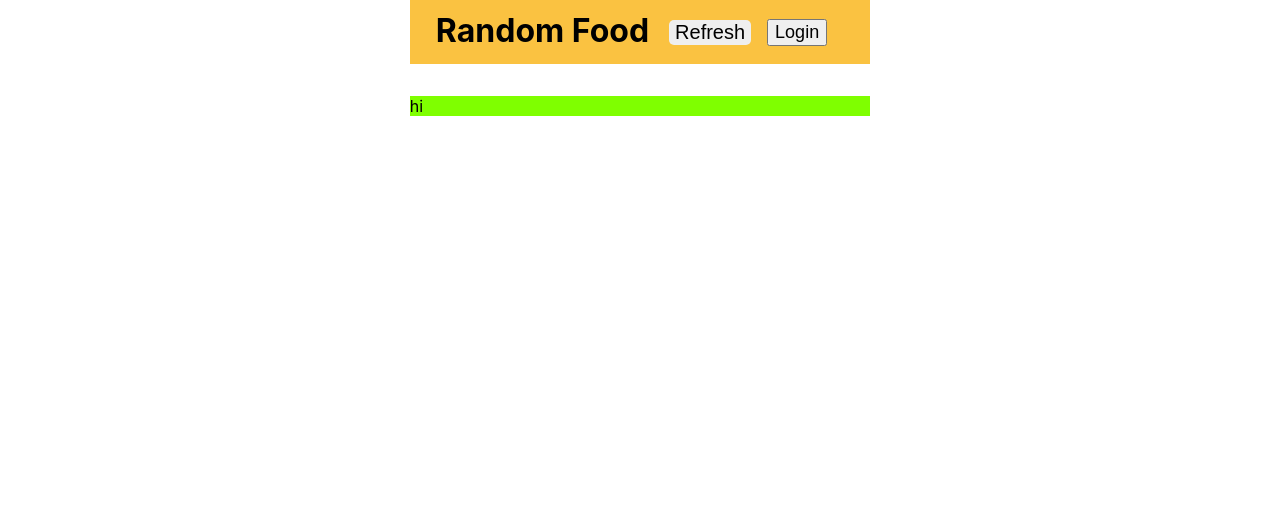
Repository: limjoohyun2030/random-food
Page: /random-food/home
The author's editor kept a copy of each file at every save. The page is drawn from the files as they stood at one save, then again after a run of saves.
The browser window is 1280 px wide. The pictures show the whole page.
The page's requests for data from a server got no answer. The project was rebuilt for these pictures with package versions that can differ from the ones it lists, and the page was loaded fresh each time. A package was used in the major version that the imports need, not the one package.json lists. No one was signed in, and anything a server would have sent is missing. Also part of the build but not shown: src/components/food_detail/food_detail.module.css, src/components/food_detail/food_detail.jsx, src/components/food_item/food_item.module.css, src/components/food_item/food_item.jsx, src/components/login/login.module.css, src/components/login/login.jsx.

Above is the page before, as saved 2021-11-11 02:16:32.

After the next 2 saves:
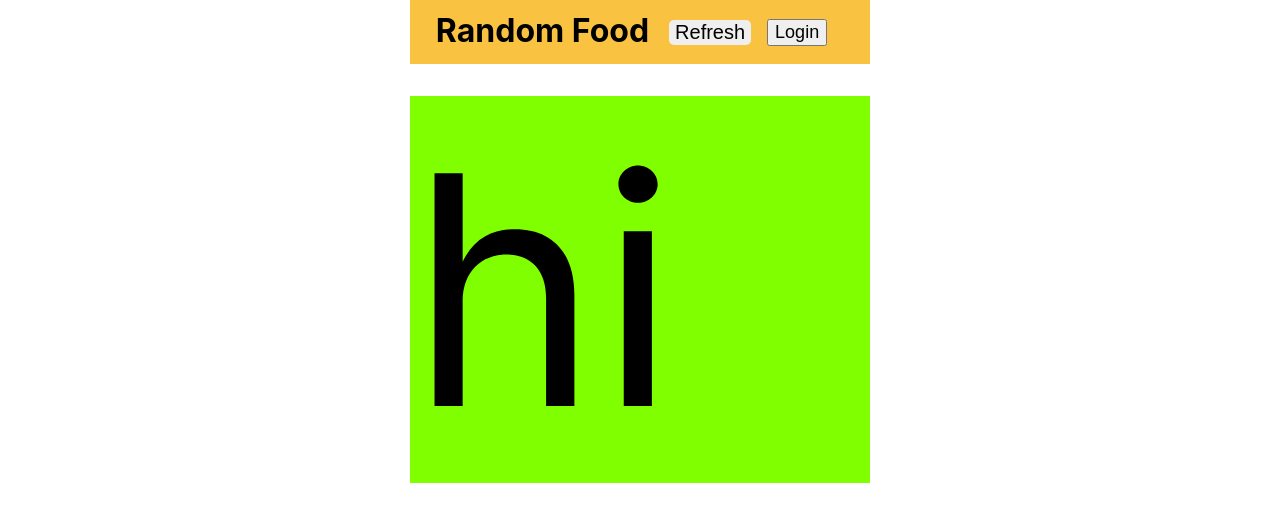
The 2 saves are shown as one change because they came seconds apart.
The last was saved 5 s later.
--- a/src/components/food_list/food_list.module.css
+++ b/src/components/food_list/food_list.module.css
@@ -11,7 +11,7 @@
 
 .sidebars {
   background-color: chartreuse;
-  fonr
+  font-size: 20em;
 }
 
 @media screen and (max-width: 769px) {
